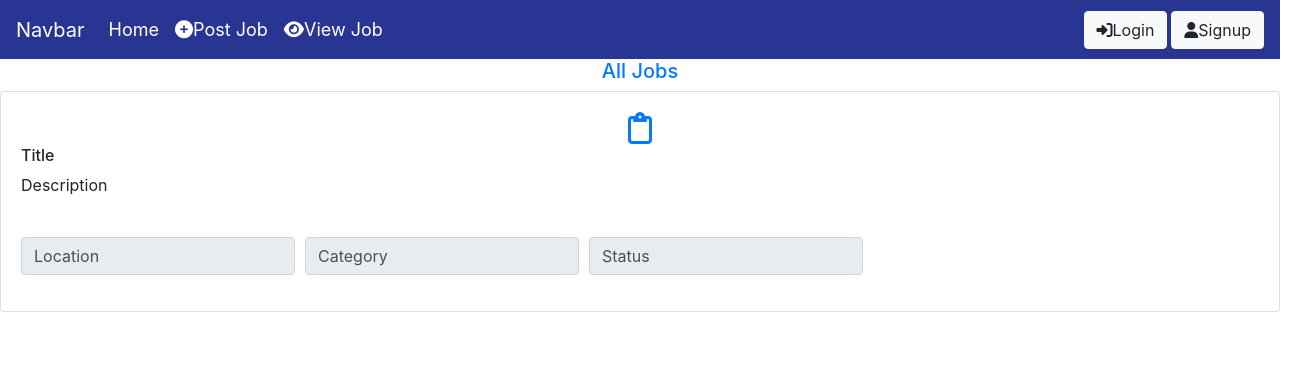
Repository: Pankaj08072001/Adv_Java
Page: http://localhost/06_Job_portal_Project/view_jobs.jsp
These files come from the project's save history. The page is drawn as it stood at one moment and after the next save; the edit follows.
The browser window is 1280 px wide. The page is 1295 px wide, so the pictures cover 1295 px, including what lies to the right of the window. The pictures show the whole page.
Some web libraries are served in a nearby version. The page is served by Tomcat 9.

Above is the page before, as saved 2025-03-13 21:28:53.

After the next save:
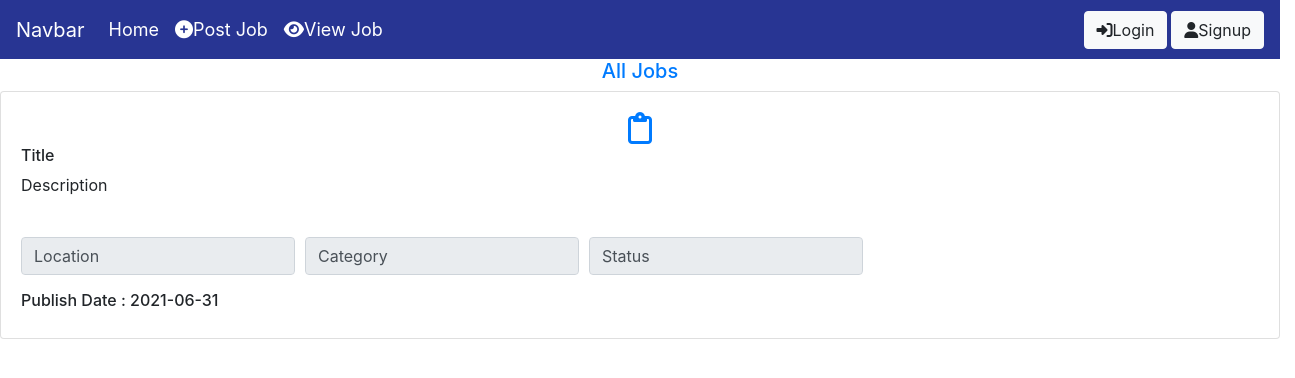
Saved 53 s later.
--- a/06_Job_portal_Project/src/main/webapp/view_jobs.jsp
+++ b/06_Job_portal_Project/src/main/webapp/view_jobs.jsp
@@ -21,24 +21,29 @@
 							<i class="far fa-clipboard fa-2x"></i>
 						</div>
 						<h6>Title</h6>
-						<p>Description</p><br>
+						<p>Description</p>
+						<br>
 						<div class="form-row">
-						<div class="form-group col-md3">
-						<input type="text" class=" form-control form-contorl-sm" value="Location" readonly>
+							<div class="form-group col-md3">
+								<input type="text" class=" form-control form-contorl-sm"
+									value="Location" readonly>
+
+							</div>
+
+							<div class="form-group col-md3">
+								<input type="text" class=" form-control form-contorl-sm"
+									value="Category" readonly>
+
+							</div>
+
+							<div class="form-group col-md3">
+								<input type="text" class=" form-control form-contorl-sm"
+									value="Status" readonly>
+
+							</div>
 
 						</div>
-
-						<div class="form-group col-md3">
-						<input type="text" class=" form-control form-contorl-sm" value="Category" readonly>
-
-						</div>
-
-						<div class="form-group col-md3">
-						<input type="text" class=" form-control form-contorl-sm" value="Status" readonly>
-
-						</div>
-
-						</div>
+						<h6>Publish Date : 2021-06-31 </h6>
 
 					</div>
 
